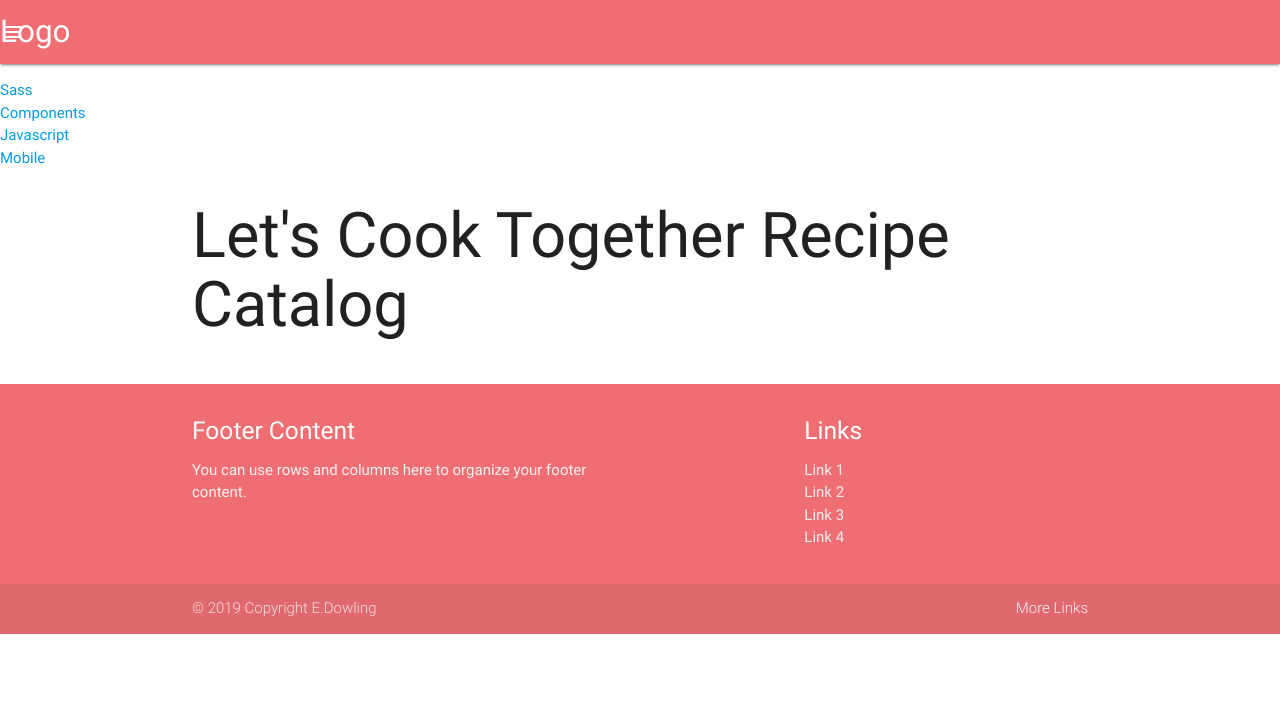
Repository: eldowling/lets-cook-together
Page: http://localhost/get_catalog?course=breakfast
The author's editor kept a record of every edit. The page is drawn from the files as they stood at one moment, then again after the next edit.
The browser window is 1280 px wide. The pictures show the whole page.
Some web libraries are served in a nearby version. The page is served by the project's application, run on Flask 3 (app.py). Queries for data that is not in the repository find no rows.

Above is the page before.
Console error: TypeError: $(...).sidenav is not a function

After the next edit:
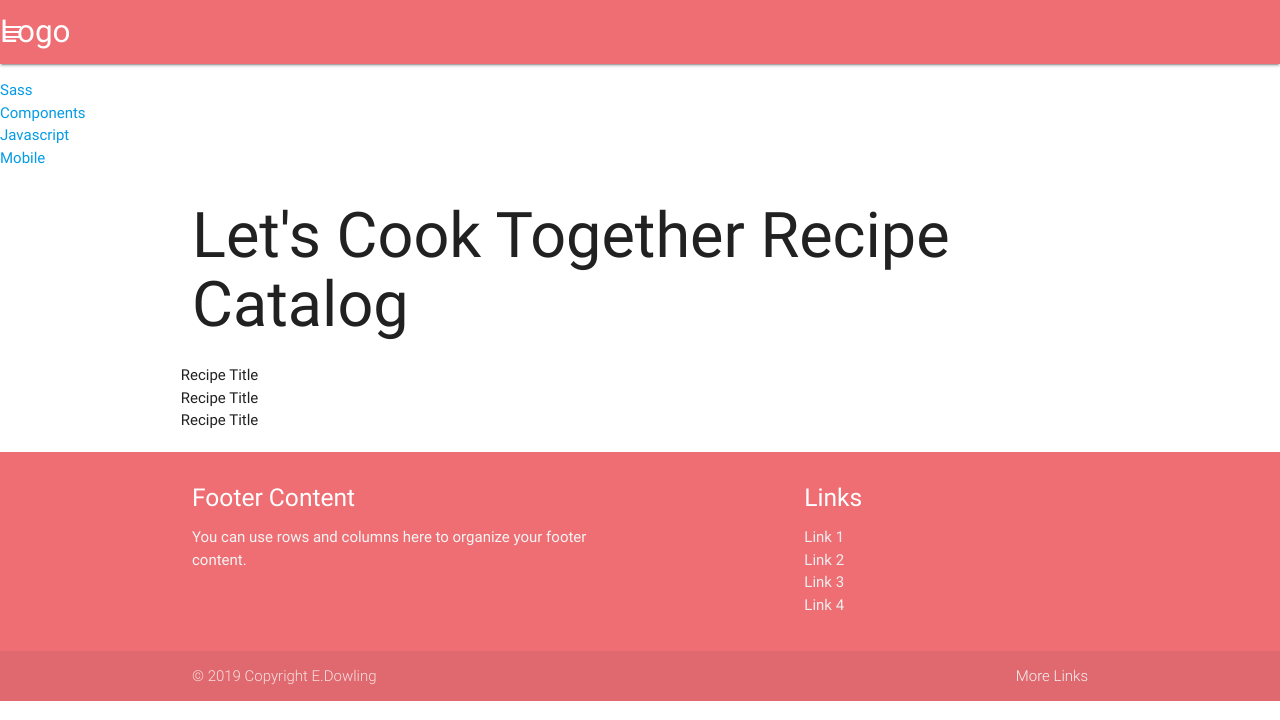
The edit:
--- a/templates/catalog.html
+++ b/templates/catalog.html
@@ -3,7 +3,13 @@
 
 <div class="row">
     <div class="col-6">
-
+        Recipe Title
+    </div>
+    <div class="col-6">
+        Recipe Title
+    </div>
+    <div class="col-6">
+        Recipe Title
     </div>
 
 </div>
